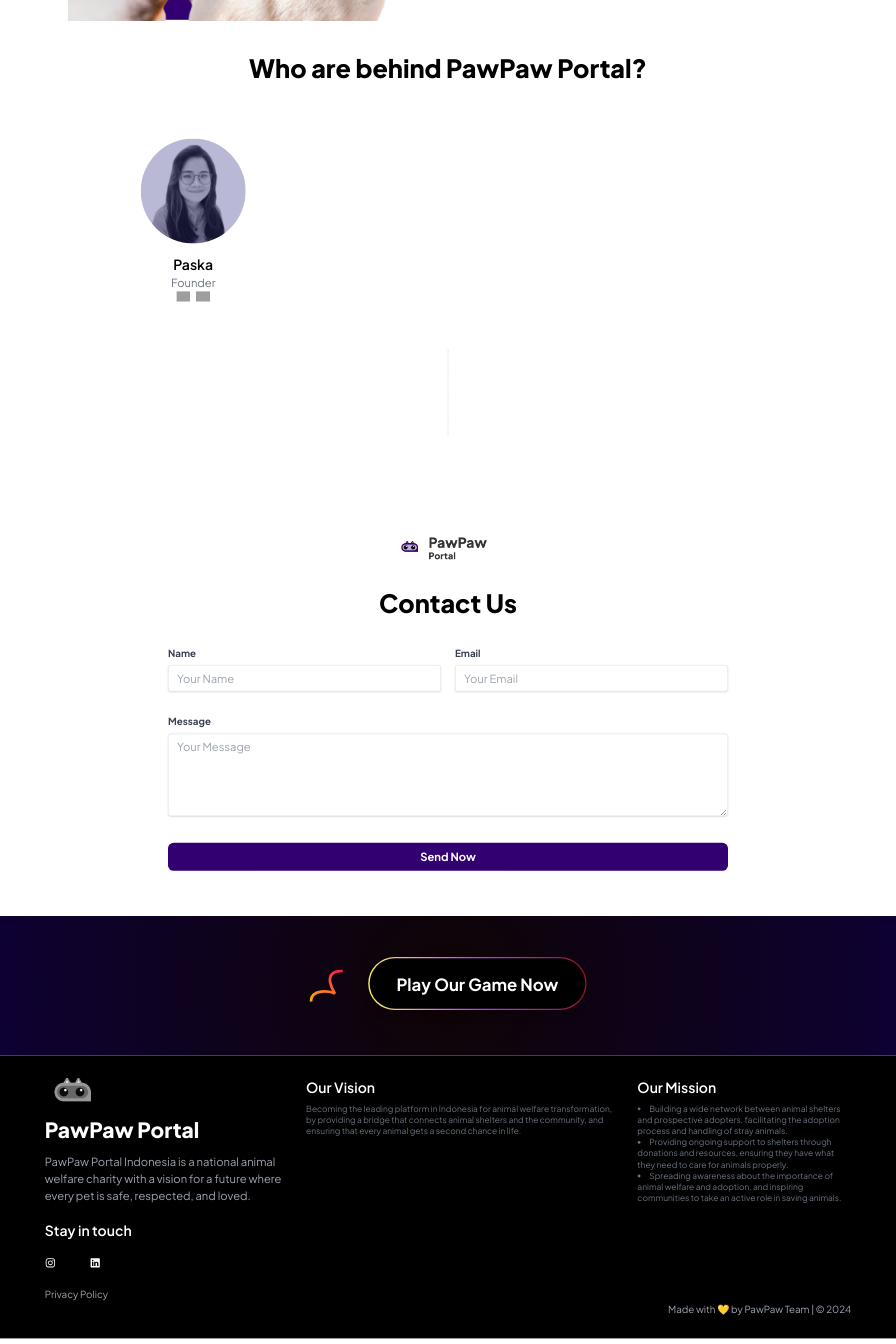
Repository: paskasiregar/pawpawwebsite
Page: /
The author's editor kept a copy of each file at every save. The page is drawn from the files as they stood at one save, then again after the next save.
The browser window is 1280 px wide. The pictures show the part of the page from y = 1590 to 3510 px (the page is 3510 px tall before and 3495 px after), at 70% of full size.
Pictures or frames that could not be fetched are drawn as grey boxes. The project was rebuilt for these pictures with package versions that can differ from the ones it lists, and the page was loaded fresh each time. The framework's server and built-in components were replaced by stand-ins that run in the browser. Also part of the build but not shown: next.config.js, next.config.mjs.

Above is the page before, as saved 2024-09-11 17:22:24.

After the next save:
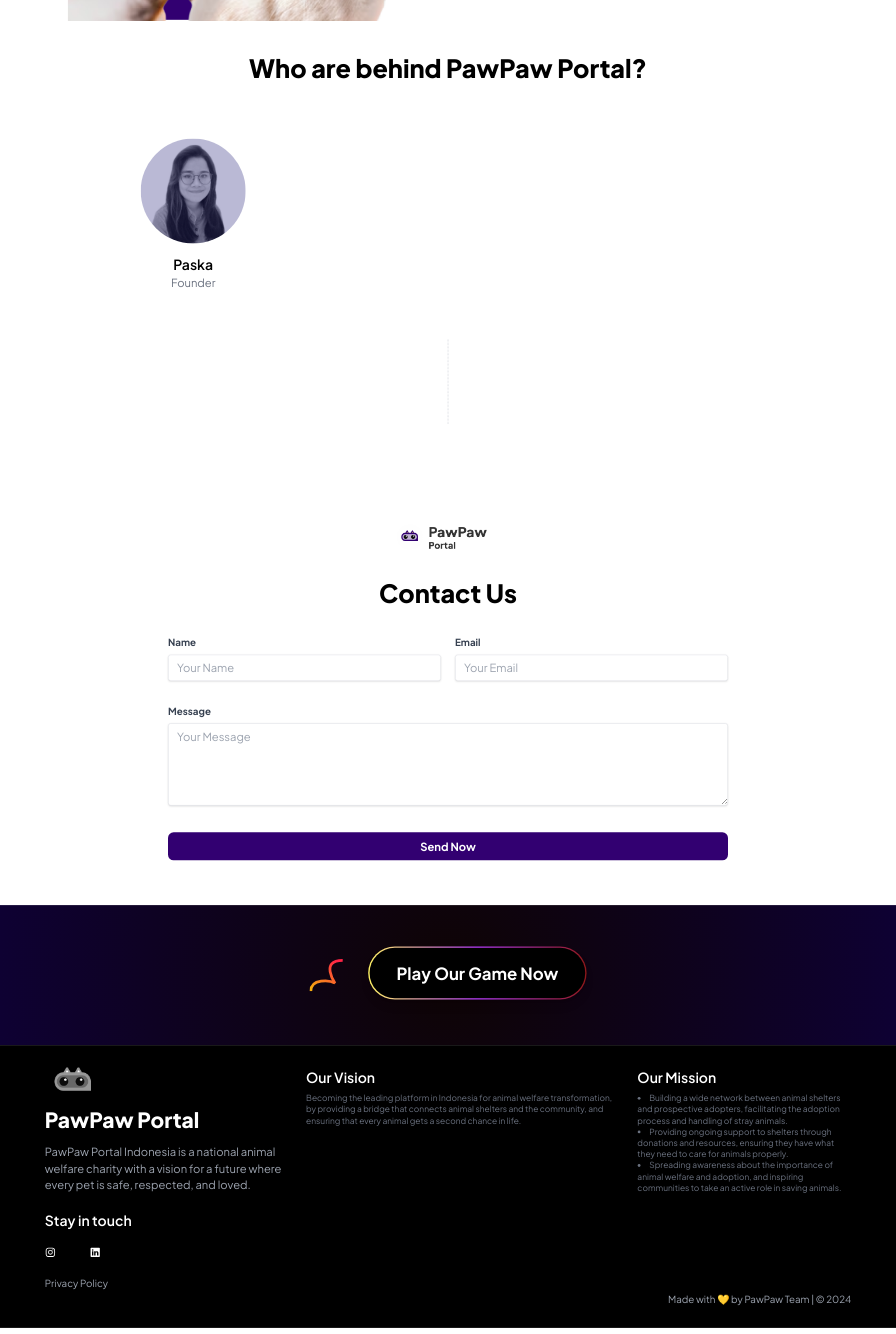
Saved 114 s later.
--- a/src/components/team.jsx
+++ b/src/components/team.jsx
@@ -21,8 +21,8 @@ const Team = () => {
           name="Paska"
           role="Founder"
           imageSrc={paska}
-          linkedinUrl="https://www.linkedin.com/in/pas-ka"
-          websiteUrl="https://www.hellopaska.com"
+          inkedin="https://www.linkedin.com/in/pas-ka"
+          website="https://www.hellopaska.com"
         />
         {/* Add more Member components here */}
       </div>
